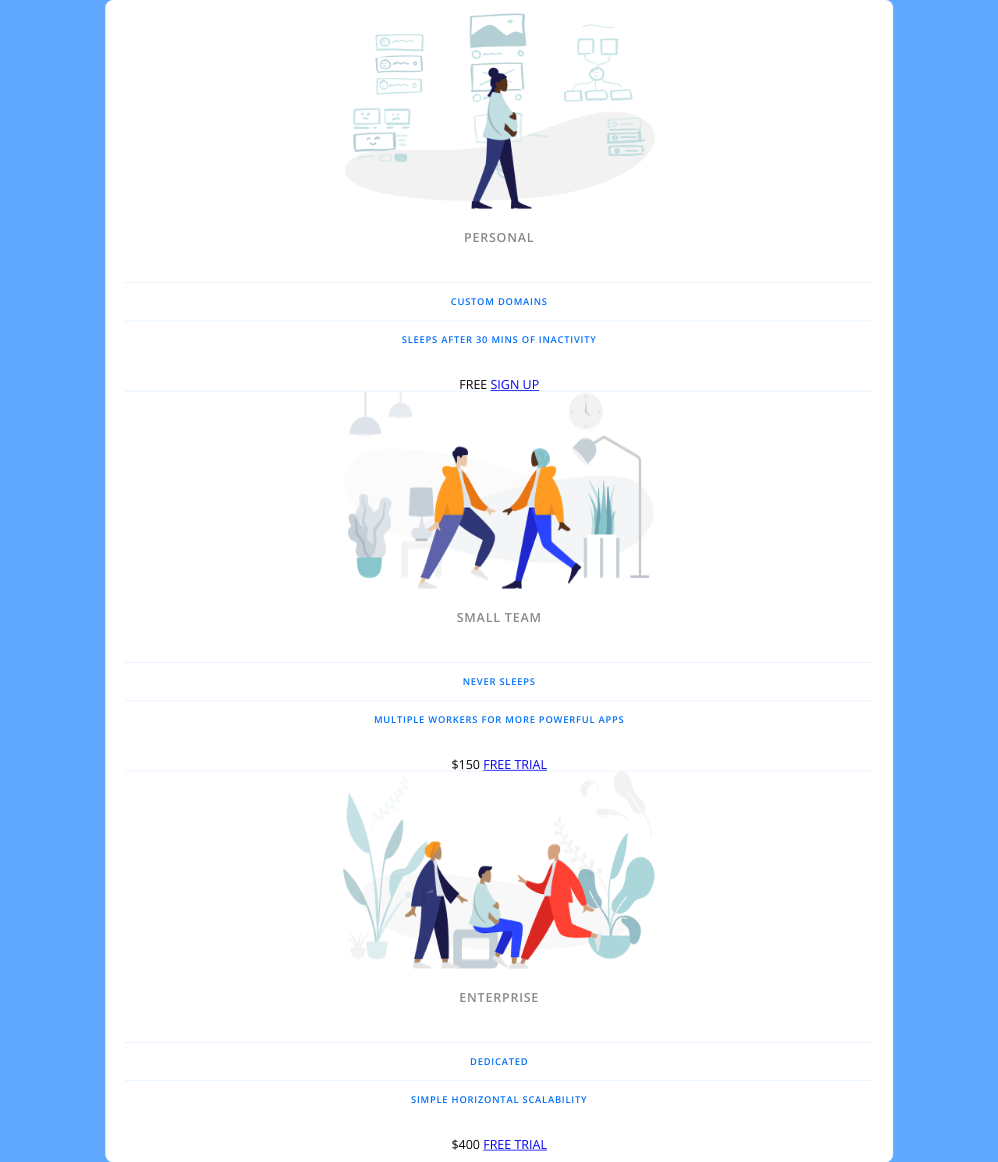
Repository: zhFIsHappy/UdemyFullStack
Page: PriceTable/index.html
An editor plug-in stored every save of this project. The page is shown before and after a run of saves, followed by the edit.
The browser window is 1280 px wide. The pictures show the whole page, at 78% of full size.

Above is the page before, as saved 2022-03-26 19:43:13.

After the next 4 saves:
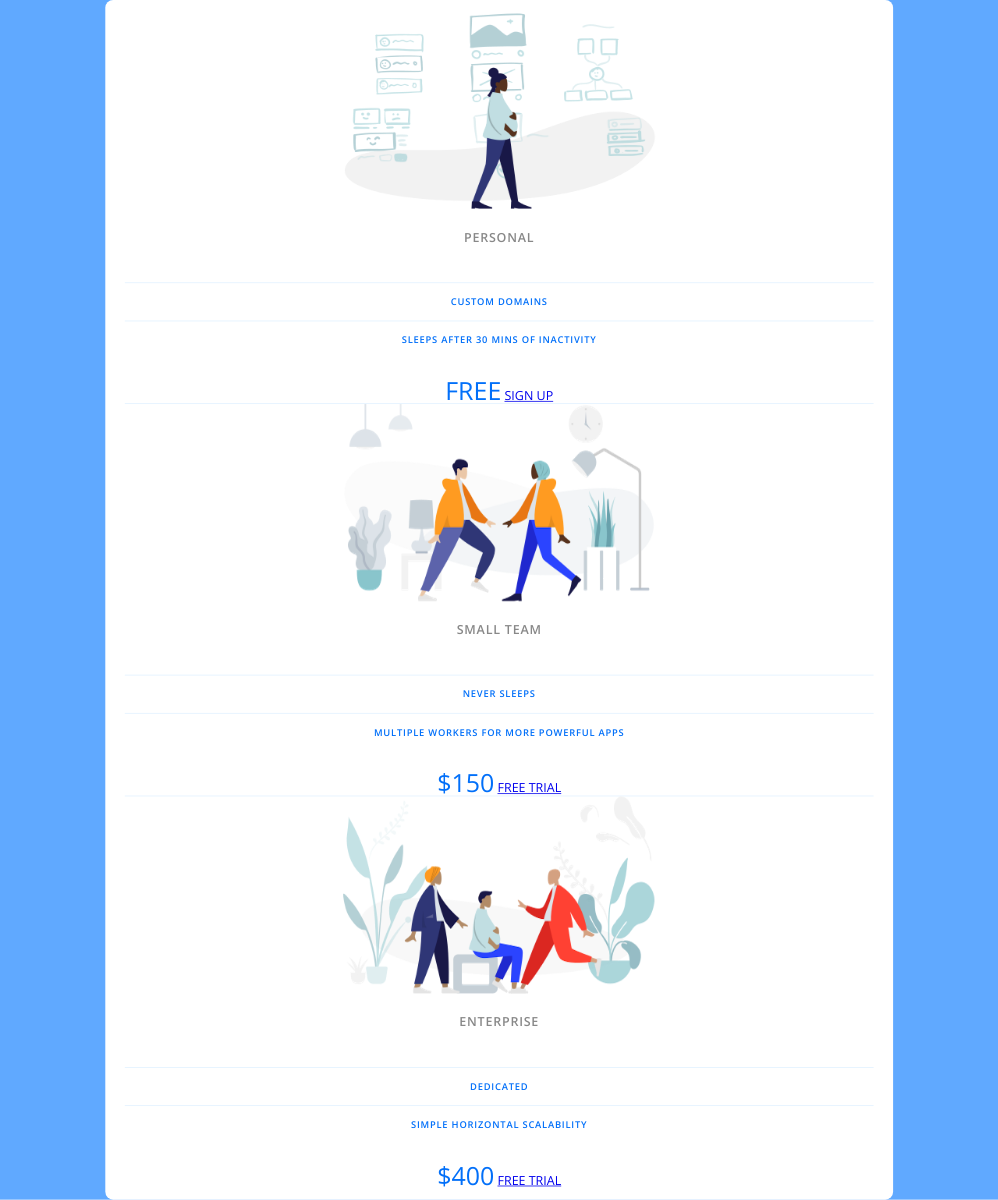
The 4 saves are shown as one change because they came seconds apart.
The last was saved 13 s later.
--- a/PriceTable/app.css
+++ b/PriceTable/app.css
@@ -101,5 +101,8 @@ body{
     border-top:1px solid #e1f1ff;
 }
 .pricing-price{
-    color: #01
+    color: #016ff9;
+    display:black;
+    font-size:32px;
+
 }
